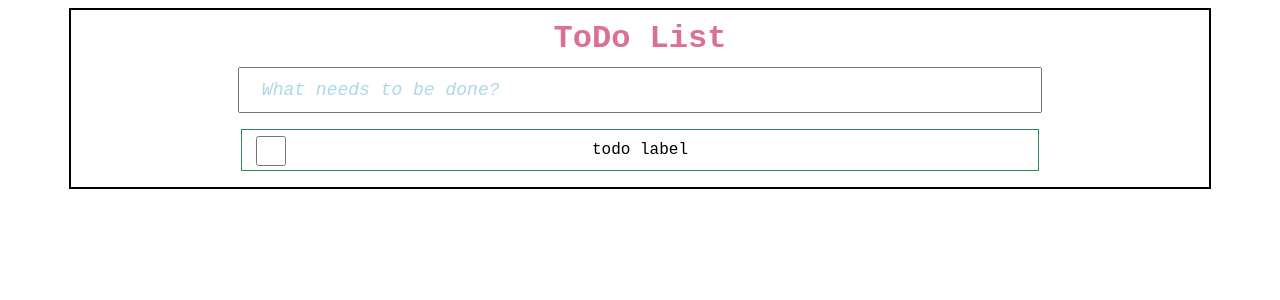
Repository: litalsh/To-Do-List
Page: index.html
These files come from the project's save history. The page is drawn as it stood at one moment and after the next save; the edit follows.
The browser window is 1280 px wide. The pictures show the whole page.

Above is the page before, as saved 2019-10-24 17:54:19.

After the next save:
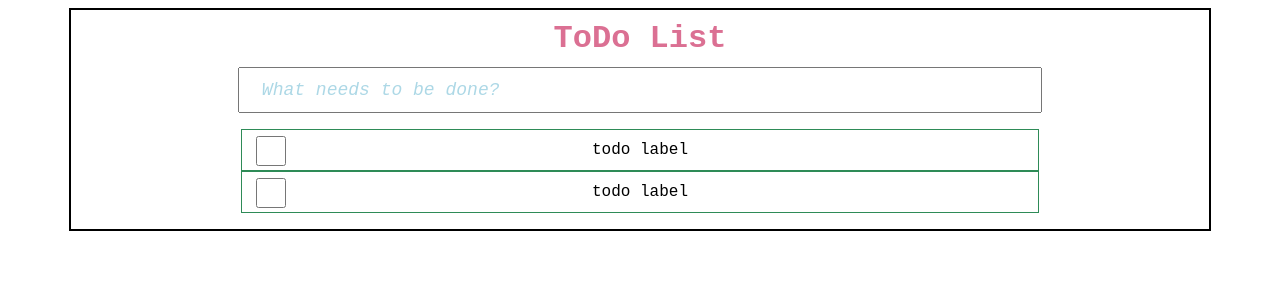
Saved 35 s later.
--- a/index.html
+++ b/index.html
@@ -23,6 +23,13 @@
                     <div class="remove"></div>
                 </div>
             </li>
+            <li class="todo_item">
+                <div>
+                    <input type="checkbox" class="checked">
+                    <label>todo label</label>
+                    <div class="remove"></div>
+                </div>
+            </li>
         </ul>
     </div>
 
